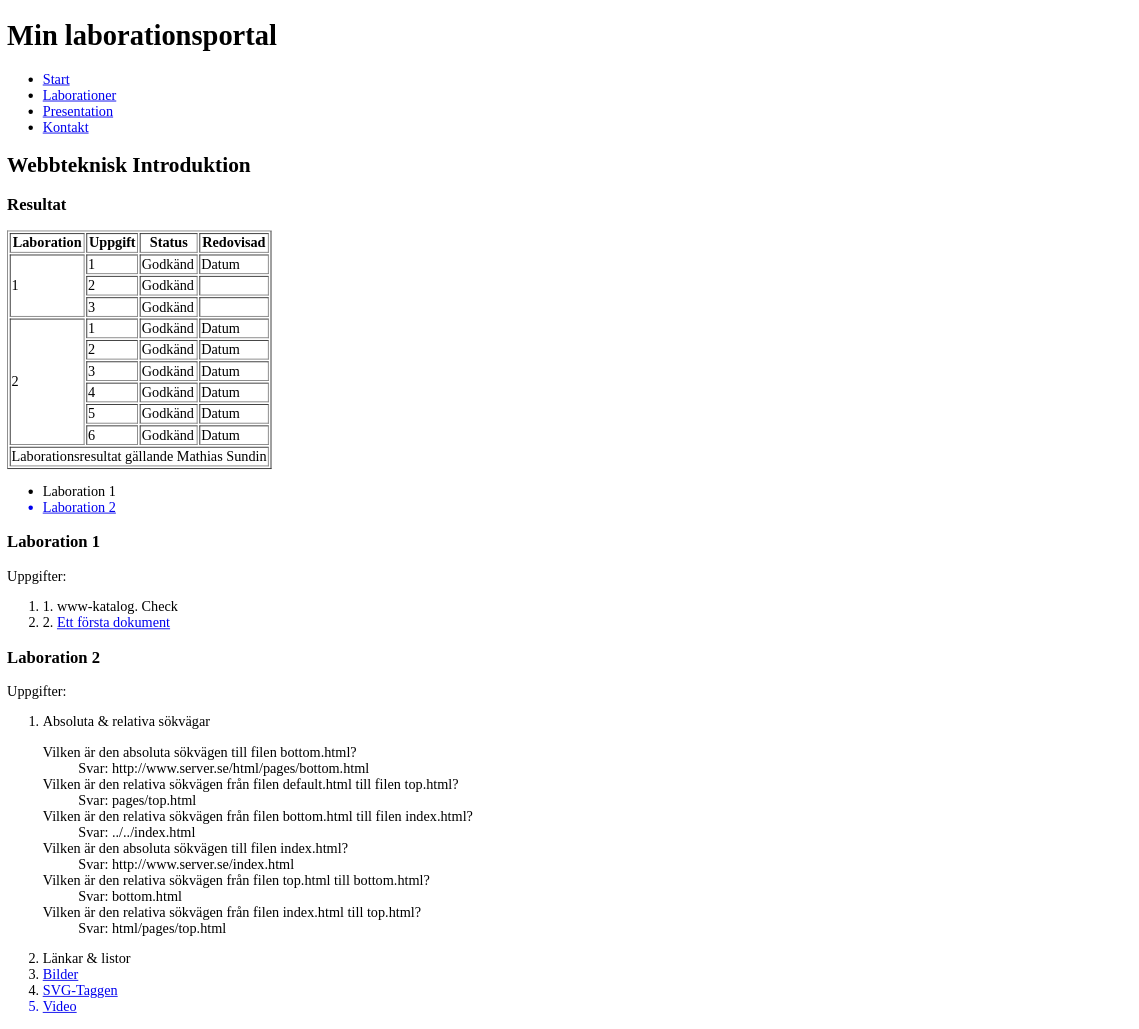
Repository: ms223uh/1ik415-laborationer
Page: www/pages/laborationer.html
The author's editor kept a record of every edit. The page is drawn from the files as they stood at one moment, then again after the next edit.
The browser window is 1280 px wide. The pictures show the whole page, at 89% of full size.

Above is the page before.

After the next edit:
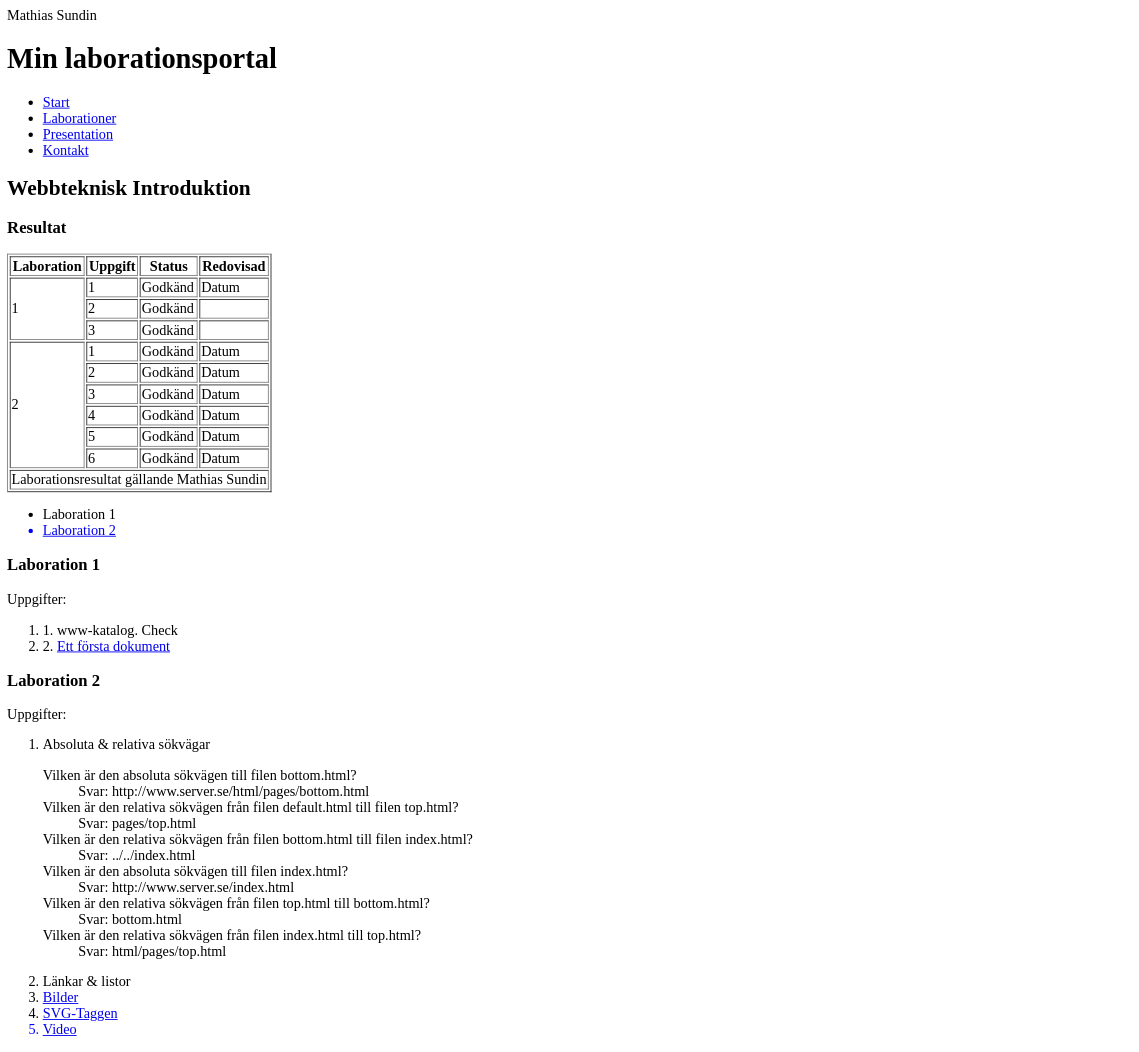
The edit:
--- a/www/pages/laborationer.html
+++ b/www/pages/laborationer.html
@@ -3,7 +3,7 @@
 <html lang="sv">
 
     <head>
-        <meta http-equiv="content-type" content="text/html; charset=utf-8" />
+        <meta http-equiv="content-type" content="text/html; charset=utf-8"
         <title>Mathias Sundin</title>
         </meta>
     </head>

After the 2 edits that followed:
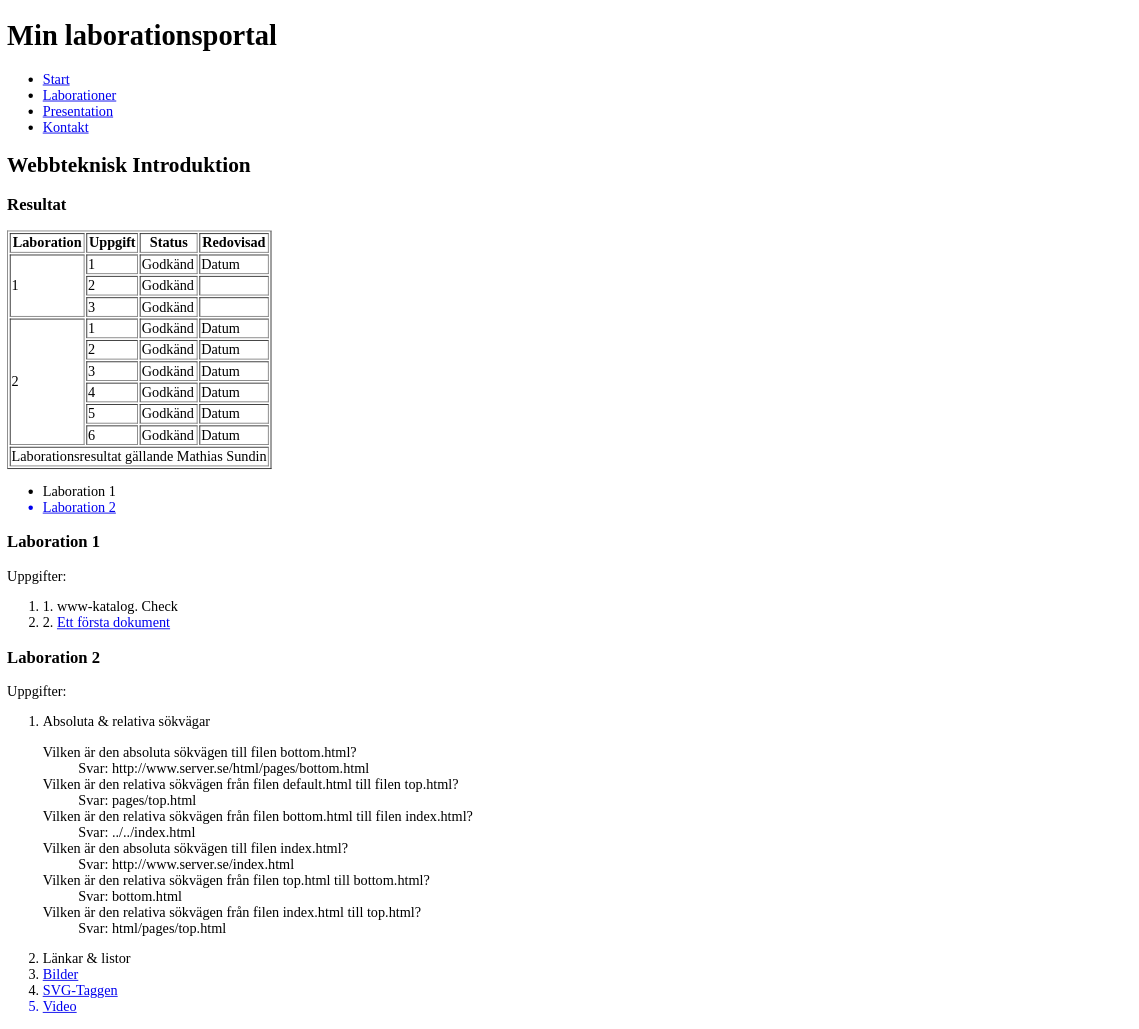
The 2 edits are shown as one change because 1 left the picture as it was.
The edit:
--- a/www/pages/laborationer.html
+++ b/www/pages/laborationer.html
@@ -3,9 +3,9 @@
 <html lang="sv">
 
     <head>
-        <meta http-equiv="content-type" content="text/html; charset=utf-8"
+        <meta http-equiv="content-type" content="text/html; charset=utf-8" />
         <title>Mathias Sundin</title>
-        </meta>
+
     </head>
     <body>
 
